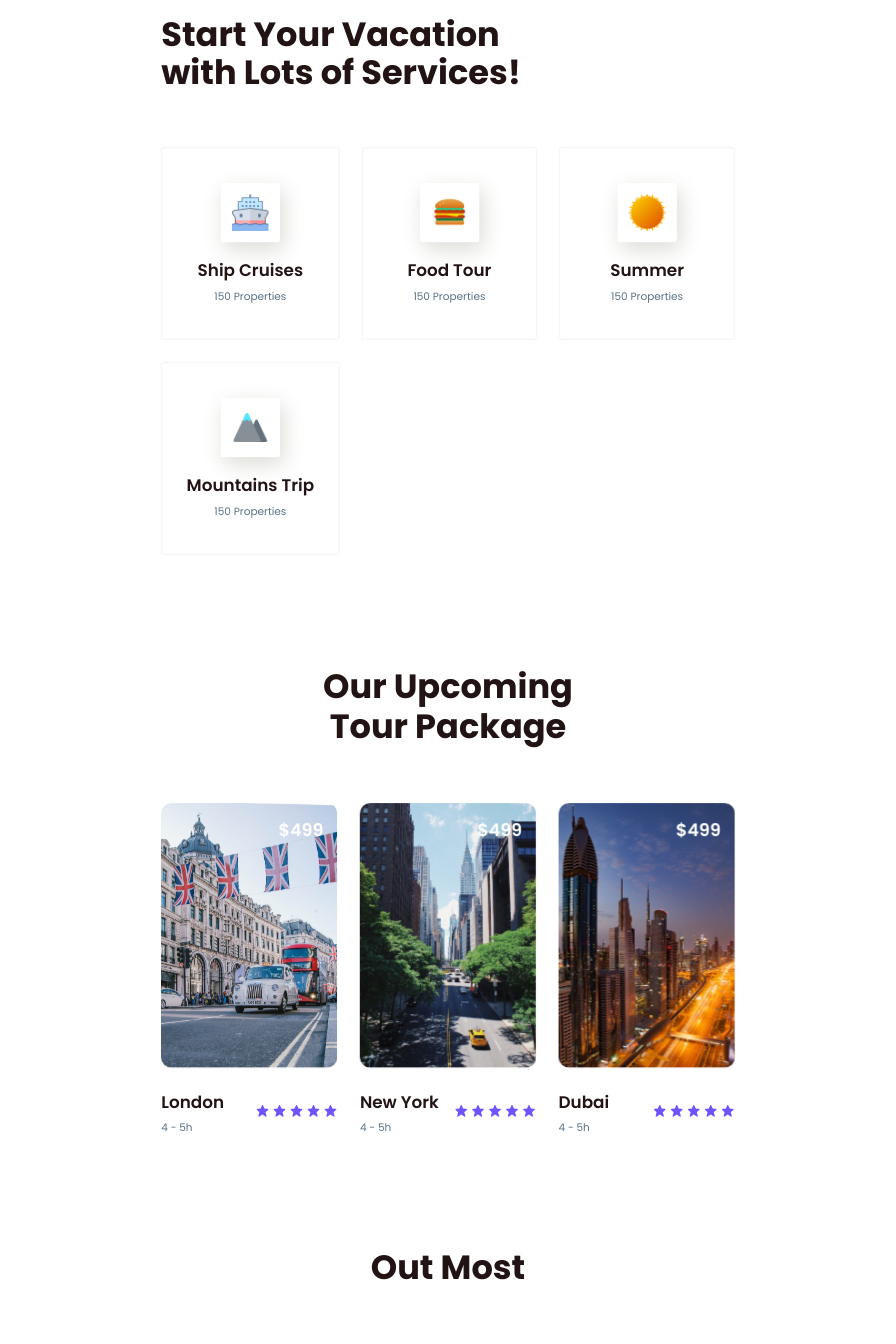
Repository: iamwind-dev/QLTourDuLich
Page: index.html
An editor plug-in stored every save of this project. The page is shown before and after a run of saves, followed by the edit.
The browser window is 1280 px wide. The pictures show the part of the page from y = 776 to 2696 px (the page is 2696 px tall), at 70% of full size.
Some web fonts or font styles are not loaded; a fallback is used.

Above is the page before, as saved 2023-11-06 00:19:17.

After the next 3 saves:
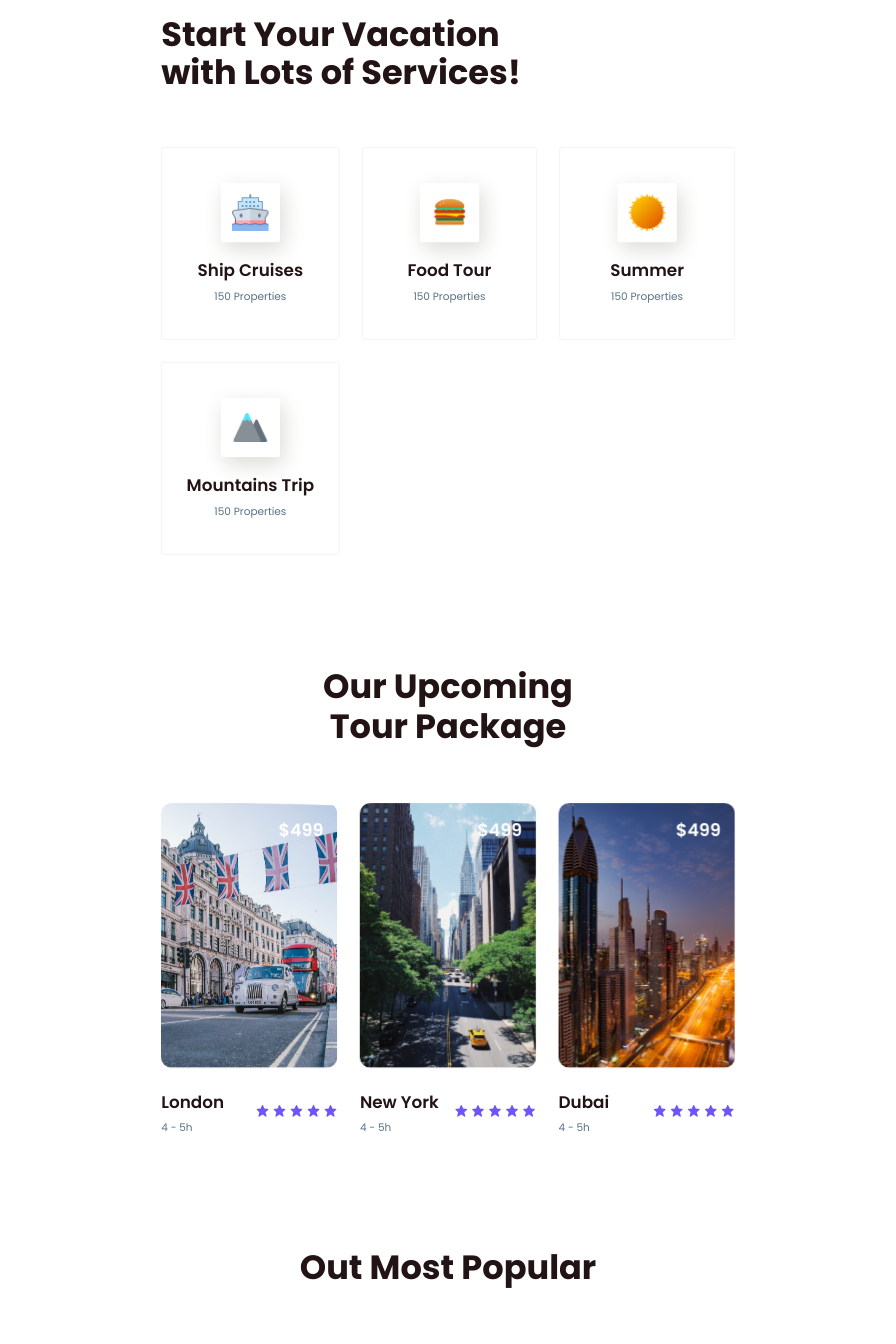
The 3 saves are shown as one change because they came seconds apart.
The last was saved 9 s later.
--- a/index.html
+++ b/index.html
@@ -182,7 +182,7 @@
 <section>
     <div class="destination" id="destination">
         <div class="title">
-            <h2>Out Most</h2>
+            <h2>Out Most Popular </h2>
         </div>
     </div>
 </section>
